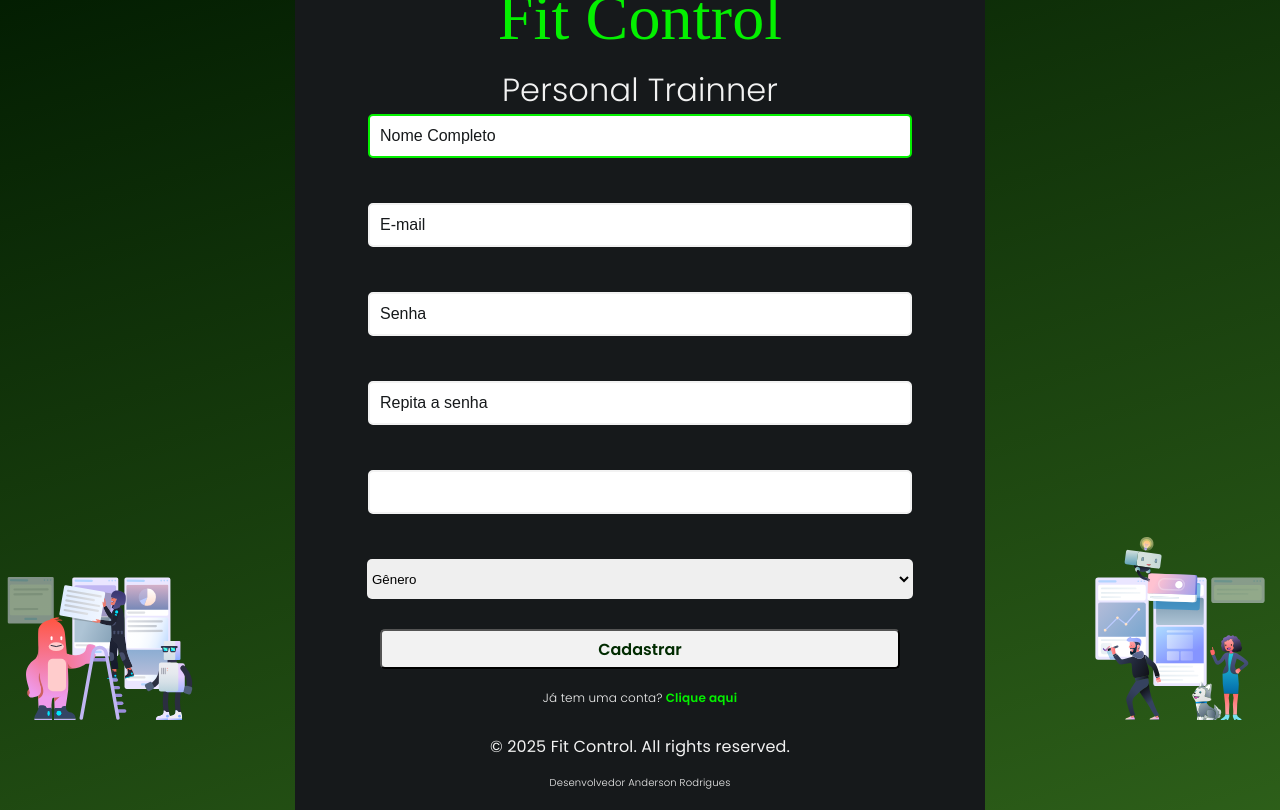
Repository: fit-control/frontend-fit-control
Page: /cadastro
The author's editor kept a copy of each file at every save. The page is drawn from the files as they stood at one save, then again after the next save.
The browser window is 1280 px wide. The pictures show the whole page.
Some web fonts or font styles are not loaded; a fallback is used. The project was rebuilt for these pictures with package versions that can differ from the ones it lists, and the page was loaded fresh each time. Settings that the repository does not hold, such as keys and server addresses, were given made-up values. Also part of the build but not shown: next.config.js, vite.config.ts, src/components/containerCenterLogin.tsx, src/pages/About.tsx, src/pages/NotFound.tsx, src/components/AuthRoutes.tsx, src/pages/PaginaTeste.tsx.

Above is the page before, as saved 2025-03-23 17:20:49.

### src/main.tsx
import { StrictMode } from 'react'
import { createRoot } from 'react-dom/client'
import './App.css'
import App from './App.tsx'
import { AuthProvider } from './context/auth.tsx'

createRoot(document.getElementById('root')!).render(
  <StrictMode>
    <AuthProvider>
      <App />
    </AuthProvider>
  </StrictMode>,
)

### src/App.css
@import url('https://fonts.googleapis.com/css2?family=Alike+Angular&family=Platypi:ital,wght@0,300..800;1,300..800&family=Poppins:ital,wght@0,100;0,200;0,300;0,400;0,500;0,600;0,700;0,800;0,900;1,100;1,200;1,300;1,400;1,500;1,600;1,700;1,800;1,900&display=swap');
@import url('https://fonts.googleapis.com/css2?family=Aguafina+Script&family=Alike+Angular&family=Platypi:ital,wght@0,300..800;1,300..800&family=Poppins:ital,wght@0,100;0,200;0,300;0,400;0,500;0,600;0,700;0,800;0,900;1,100;1,200;1,300;1,400;1,500;1,600;1,700;1,800;1,900&display=swap');
/* @tailwind base;
@tailwind components;
@tailwind utilities; */

/* :root {
  --background: #ffffff;
  --foreground: #171717;
}

@media (prefers-color-scheme: light) {
  :root {
    --background: #0a0a0a;
    --foreground: #ededed;
  }
} */

body {
  padding: 0;
  margin: 0;
  font-family: Poppins, sans-serif;
  font-size: 16px;
  line-height: 1.5;
  font-weight: 400;
  width: 100vw;
  height: 100vh;
  letter-spacing: 0.01em;
  display: flex;
  justify-content: center;
  align-items: center;

  .iconPageLeft {
    position: absolute;
    left: 0;
    bottom: 0;
    max-width: 400px;
    max-height: 400px;

    @media (max-width: 1480px) {
      max-width: 300px;
      max-height: 300px;
    }
    @media (max-width: 1280px) {
      max-width: 200px;
      max-height: 200px;
    }
    @media (max-width: 930px) {
      display: none;
    }
  }
  .iconPageRight {
    position: absolute;
    right: 0;
    bottom: 0;
    max-width: 400px;
    max-height: 400px;

    @media (max-width: 1480px) {
      max-width: 300px;
      max-height: 300px;
    }

    @media (max-width: 1280px) {
      max-width: 200px;
      max-height: 200px;
    }
    @media (max-width: 930px) {
      display: none;
    }
  }

  .containerLogin {
    width: 650px;
    min-height: calc(100vh - 40px);
    display: flex;
    flex-direction: column;
    justify-content: space-between;
    padding: 20px;
    align-items: center;
    background-color: #16191B;

    @media (max-width: 930px) {
      width: calc(100vw - 40px);
      overflow: hidden;
    }
    .divTitle {
      margin-top: 40px;
      display: flex;
      flex-direction: column;
      align-items: center;
      justify-content: center;

      h1 {
        margin: 0;
        color: #04F000;
        font-family: 'Aguafina Script', cursive;
        font-size: 4rem;
        font-weight: 400;
      }
      h3 {
        margin: 0;
        color: #F2F2F2;
        font-family: 'Poppins', sans-serif;
        font-size: 2rem;
        font-weight: 300;
      }
      p {
        color: #F2F2F2;
        font-size: 12px;
        font-weight: 300;
        margin: 0;
        text-align: center;
        display: flex;
      }
    }
    p {
      text-align: center;
      display: flex;
      color: #F2F2F2;
    }
    footer {
      display: flex;
      flex-direction: column;
      align-items: center;
      justify-content: center;

      .assignDeveloper {
        margin: 0%;
        color: #F2F2F2;
        font-size: 10px;
        font-weight: 300;
      }
    }

    .centerCard {
      display: flex;
      flex-direction: column;
      align-items: center;
      justify-content: center;
      gap: 10px;
      width: -webkit-fill-available;

      select {
        width: 84%;
        border-radius: 5px;
        height: 40px;
        margin-bottom: 10px;
      }
      input {
        width: 80%;
        height: 40px;
        border: 2px solid #F2F2F2;
        border-radius: 5px;
        padding: 0 10px;
        /* background-color: #16191B; */
        color: #16191B;
        font-size: 16px;
        font-weight: 300;
        outline: none;
        margin-bottom: 35px;
        transition: all 0.3s ease;
        &::placeholder {
          color: #16191B;
          font-size: 16px;
          font-weight: 300;
        }
        &:focus {
          border-color: #04F000;
        }
      }
      label {
        color: #F2F2F2;
        font-size: 16px;
        font-weight: 300;
        display: flex;
        justify-content: flex-start;
        width: 80%;
      }
      button {
        width: 80%;
        height: 40px;
        border-radius: 5px;
        padding: 0 10px;
        font-family: 'Poppins', sans-serif;
        font-size: 16px;
        font-weight: 600;
        outline: none;
        transition: all 0.3s ease;
      }
      .button1{
        background-color: #012B00 !important;
        color: #FFFFFF !important;
      }
      .button1:hover{
        border: 2px solid #04F000;
        transition: all 0.4s ease-in-out;
      }
      .registerButton {
        background-color: #F2F2F2;
        color: #012B00;
        font-family: 'Poppins', sans-serif;
        font-size: 16px;
        font-weight: 600;
        outline: none;
        transition: all 0.3s ease;
        margin-top: 10px;

      }
      .registerButton:hover {
        background-color: #012B00;
        text-decoration: underline;
        color: #F2F2F2;
        border: 2px solid #04F000;
        cursor: pointer;
        transition: all 0.4s ease-in-out;
      }
      .registerLink {
        color: #04F000;
        font-weight: 600;
      }
      .tagRegister {
        margin-top: 10px;
        font-size: 12px;
        font-weight: 300;
        gap: 3px;
        cursor: pointer;
      }
      .registerLink {
        color: #04F000;
        font-weight: 600;
        text-decoration: none;
      }
      .registerLink:hover {
        text-decoration: underline;
      }
    }
  }
}

### src/App.tsx
import './App.css'
import Home from './pages/Home'
import About from './pages/About';
import NotFound from './pages/NotFound';
import { BrowserRouter as Router, Route, Routes } from "react-router-dom";
import AuthRoutes from './components/AuthRoutes';
import PaginaTeste from './pages/PaginaTeste';

function App() {

  return (
    <Router>
      <div>
      <Routes>
        <Route index element={<Home />} />
        <Route path="/cadastro" element={<Home />}/>
          <Route element={<AuthRoutes />}>
            <Route path="/pagina-teste" element={<PaginaTeste />}/>
          </Route>
          <Route path="/about" element={<About />} />
        <Route path="*" element={<NotFound />} />
      </Routes>
      </div>
    </Router>
  );
}

export default App

### src/context/auth.tsx
import React, { createContext, useContext, useState, useEffect, useCallback } from "react";
import axios from "axios";
import api from "../api/api";

interface User {
  id: string;
  email: string;
  password: string;
  name: string;
  role: string;
}

interface AuthContextType {
  user: User | null;
  login: (email: string, password: string) => Promise<User>;
  logout: () => void;
  isAuthenticated: boolean;
}

// Criação do contexto
const AuthContext = createContext<AuthContextType>({
  user: {
    id: '',
    email: '',
    password: '',
    name: '',
    role: ''
  },
  login: async () => ({
    id: '',
    email: '',
    password: '',
    name: '',
    role: ''
  }),
  logout: () => {},
  isAuthenticated: false
});

// Provider do contexto de autenticação
export const AuthProvider = ({ children }: { children: React.ReactNode }) => {
  const [user, setUser] = useState<User | null>(null);
  const [isAuthenticated, setIsAutenticatad] = useState<boolean>(false);

  const logout = () => {
    setIsAutenticatad(false);
    setUser(null);
    localStorage.removeItem("token");
    delete axios.defaults.headers.common["Authorization"];
  };

  const fetchUserData = useCallback(async (authToken: string) => {
    try {
      const response = await axios.get("/auth/me", {
        headers: { Authorization: `Bearer ${authToken}` },
      });
      setUser(response.data);
    } catch (error) {
      console.error("Erro ao buscar dados do usuário:", error);
      logout();
    }
  }, []);

  useEffect(() => {
    // Verifica se há um token salvo no localStorage ao carregar a aplicação
    const storedToken = localStorage.getItem("token");
    if (storedToken) {
      setIsAutenticatad(true);
      axios.defaults.headers.common["Authorization"] = `Bearer ${storedToken}`;
      fetchUserData(storedToken); // Busca os dados do usuário autenticado
    }
  }, [fetchUserData]);

  const login = async (email: string, password: string): Promise<User> => {
    console.log("Iniciando login com:", email, password);

    try {
      const response = await api.post("/api/login", { email, password });
      console.log("Resposta da API:", response.data);

      const { token } = response.data;

      if(token)setIsAutenticatad(true);
      localStorage.setItem("token", token);
      axios.defaults.headers.common["Authorization"] = `Bearer ${token}`;

      const fakeUser: User = {
        id: "123",
        email,
        password,
        name: "Usuário Fake",
        role: "Admin",
      };

      setUser(fakeUser);
      console.log("Usuário autenticado:", fakeUser);
      console.log(isAuthenticated)

      return fakeUser;
    } catch (error) {
      console.warn("Erro no login:", error);
      throw error; // Re-lança o erro para ser tratado pelo componente
    }
  };



  return (
    <AuthContext.Provider value={{ user, isAuthenticated, login, logout }}>
         {children}
    </AuthContext.Provider>
  );
};

// Hook para consumir o contexto
export const useAuth = () => useContext(AuthContext);

### src/pages/Home.tsx
import ContainerCenterCadastro from "../components/containerCenterCadastro";
import ContainerCenterLogin from "../components/containerCenterLogin";
import { useLocation } from "react-router-dom";

function Home() {
  const location = useLocation();
  return (
    <div className="items-center justify-items-center min=w-screen flex fundo_login" style={{
      width: '100vw',
      background: 'linear-gradient(343deg, rgba(22, 77, 0, 0.9), rgba(0, 25, 0, 10.9))'
    }}>
       {location.pathname === "/cadastro" ? <ContainerCenterCadastro /> : <ContainerCenterLogin />}
    </div>
  );
}
export default Home;

### src/api/api.ts
import axios from "axios";

const baseURL = import.meta.env.VITE_BASE_URL; // Use import.meta.env
const api = axios.create({
  baseURL: baseURL, // URL base da API
  timeout: 5000, // Tempo limite para requisições
  headers: { "Content-Type": "application/json" }, // Cabeçalhos padrão
});

// Interceptor para adicionar o token de autenticação nas requisições
api.interceptors.request.use(
    (config) => {
      // Recuperar o token do localStorage (ou outra fonte)
      const token = localStorage.getItem("token");

      if (token) {
        // Adicionar o token no cabeçalho da requisição
        config.headers.Authorization = `Bearer ${token}`;
      }

      // Retornar a configuração modificada
      return config;
    },
    (error) => {
      // Tratar erros na configuração da requisição
      console.error("Erro ao configurar a requisição:", error);
      return Promise.reject(error);
    }
  );

  // Interceptor para tratar respostas da API
  api.interceptors.response.use(
    (response) => {
      // Aqui você pode processar a resposta antes de retornar os dados
      console.log("Resposta bem-sucedida:", response);
      return response;
    },
    (error) => {
      // Tratar erros de resposta (ex.: erro 401 ou 500)
      if (error.response) {
        console.error("Erro na resposta da API:", error.response.data);

        // Exemplo: Redirecionar para login em caso de erro 401 (não autorizado)
        if (error.response.status === 401) {
          console.log("Token expirado. Redirecionando para login...");
          window.location.href = "/";
        }
      } else {
        console.error("Erro na requisição:", error.message);
      }

      return Promise.reject(error);
    }
  );

export default api;

### src/components/containerCenterCadastro.tsx
import { useAuth } from "../context/auth";
import { useState } from "react";
// import { useNavigate } from "react-router-dom";
import { ToastContainer, toast } from "react-toastify";
import "react-toastify/dist/ReactToastify.css";
import { useForm } from 'react-hook-form'
import { User } from "../types/AuthType";
import { useNavigate } from "react-router-dom";

const ContainerCenterCadastro = () => {

  const { login } = useAuth();
  const navigate = useNavigate();
  const [loading, setLoading] = useState(false);


  const [errorMessage, setErrorMessage] = useState<string | undefined>(
    undefined,
  )

  const {
    handleSubmit,
    register,
    getValues} = useForm<User>({
    mode: 'onSubmit',
  })

  const handleFormSubmit = async ({ nomeCompleto, email, password, genero }: User) => {
    console.log("ENTROU AQUI", nomeCompleto, email, password, genero);
    setLoading(true);
    // const credentials = { user, password }
    // setDadosProfileLocalStorage(credentials)

    try {
      const response = await login(email, password)
      if (response) {
        toast.success(`Seja bem vindo ${response.name}! login realizado com sucesso.`)
        // setTimeout(() => {
        //   navigate('/pagina-teste')
        // }, 1000)
      }
    } catch (error) {
      // setFocus('email')
      // setFocus('password')
      toast.error('Email ou senha inválidos. Tente novamente.')
      if (error instanceof Error) setErrorMessage(error.message)
        setTimeout(() => {
          setErrorMessage(() => '')
        }, 2000)
    }finally{
      setLoading(false);
    }
  }
  return (
    <form style={{
      width: '100vw',
      justifyContent: "center",
      display: "flex",
    }} onSubmit={(e) => {
      e.preventDefault();
      console.log("Valores no form:", getValues());
      handleSubmit(handleFormSubmit)(e);
    }}>
      <img src="/trello-right.e6e102c7 (1).svg" alt="iconPageLeft" className="iconPageLeft" />
        <main className="containerLogin">
        <div className="divTitle">
          <h1 className="title">Fit Control</h1>
          <h3 className="subtitle">Personal Trainner</h3>
        </div>
        <div className="centerCard">
            <input
            type="text"
            placeholder="Nome Completo"
            {...register('nomeCompleto', {
              required: 'Nome é obrigatório',
            })}
            autoFocus
            style={{ borderColor: errorMessage ? "red" : "" }}
          />
          <input
            type="text"
            placeholder="E-mail"
            {...register('email', {
              required: 'Email é obrigatório',
              pattern: {
                value: /^[a-zA-Z0-9._%+-]+@[a-zA-Z0-9.-]+\.[a-zA-Z]{2,}$/,
                message: 'Email inválido',
              },
            })}
            style={{ borderColor: errorMessage ? "red" : "" }}
          />
          <input
            type="password"
            placeholder="Senha"
            {...register('password', {
              required: 'Senha é obrigatória',
              pattern: {
                value:
                  /^(?=.*\d)(?=.*[a-z])(?=.*[A-Z])(?=.*[!@#$%^&.*])[0-9a-zA-Z!@#$%^&*]{6,}$/,
                message:
                  'Senha deve ter pelo menos 6 caracteres, incluindo letras maiúsculas, minúsculas, números e caracteres especiais',
              },

            })}
            style={{ borderColor: errorMessage ? "red" : ""}}
          />
          <input
            type="password"
            placeholder="Repita a senha"
            {...register('password', {
              required: 'Senha é obrigatória',

            })}
            style={{ borderColor: errorMessage ? "red" : ""}}
          />
          <input
            type="text"
            {...register('telefone')}
            style={{ borderColor: errorMessage ? "red" : ""}}
          />
           <select {...register('genero')} style={{ borderColor: errorMessage ? "red" : "transparent" }}>
                <option value="">Gênero</option>
                <option value="homem">Homem</option>
                <option value="mulher">Mulher</option>
            </select>

          <button disabled={loading} type="submit" className="registerButton">
            {loading ? 'Carregando...' : 'Cadastrar'}
          </button>
          <p className="tagRegister">Já tem uma conta? <a onClick={(e) => {
            e.preventDefault(); // Impede a ação padrão do botão
            setTimeout(() => {
              navigate('/');
            }, 200);
          }} className="registerLink">Clique aqui</a></p>
        {errorMessage && (
              <div style={{ maxWidth: '85%', textAlign: 'center', color: 'red' }}>
                {errorMessage}
              </div>
            )}
        </div>

        <footer className="">
          <p className="">
            &copy; {new Date().getFullYear()} Fit Control. All rights reserved.
          </p>
          <p className="assignDeveloper">Desenvolvedor Anderson Rodrigues</p>
        </footer>
      </main>
      <img src="/trello-left.4f52d13c (1).svg" alt="iconPageRight" className="iconPageRight" />
      <ToastContainer />
    </form>
  );
};

export default ContainerCenterCadastro;

Loaded but not shown: index.html (common file); tailwind.config.js (common file)

After the next save:
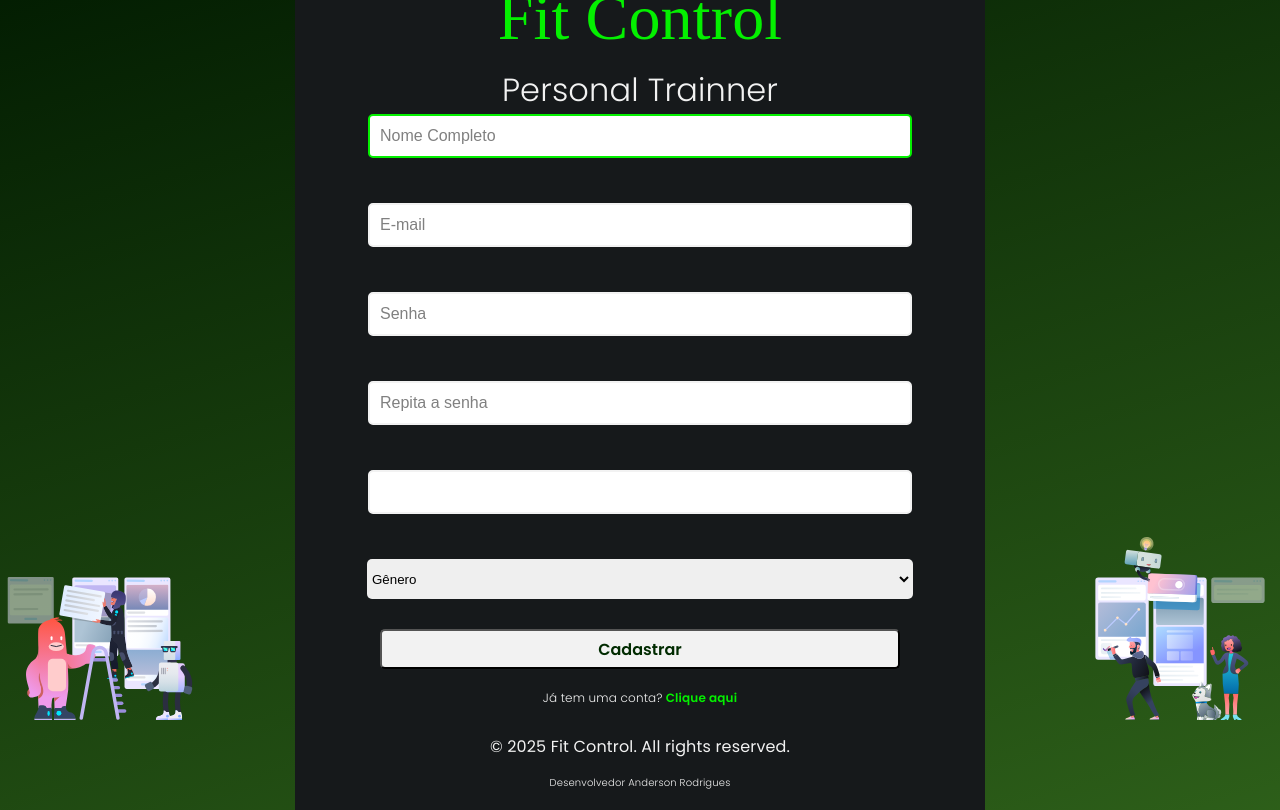
Saved 10 s later.
--- a/src/App.css
+++ b/src/App.css
@@ -161,7 +161,7 @@ body {
         margin-bottom: 35px;
         transition: all 0.3s ease;
         &::placeholder {
-          color: #16191B;
+          color: gray;
           font-size: 16px;
           font-weight: 300;
         }
